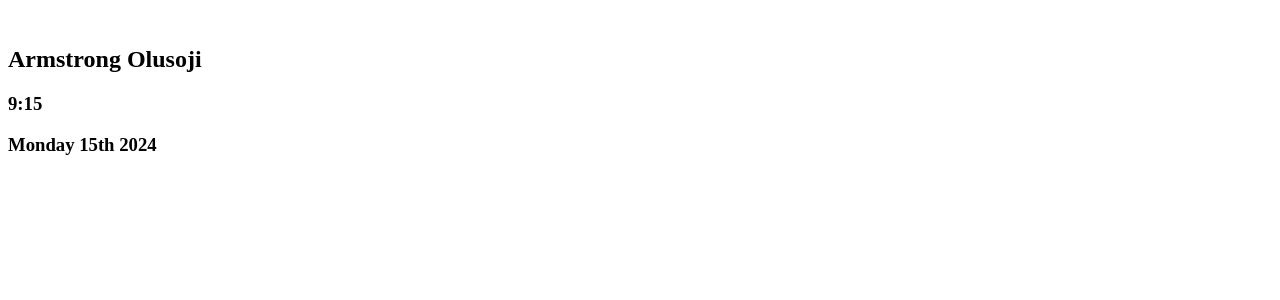
Repository: Armstrong2035/hng-project-one
Page: index.html
These files come from the project's save history. The page is drawn as it stood at one moment and after the next save; the edit follows.
The browser window is 1280 px wide. The pictures show the whole page.

Above is the page before, as saved 2024-07-01 13:41:24.

After the next save:
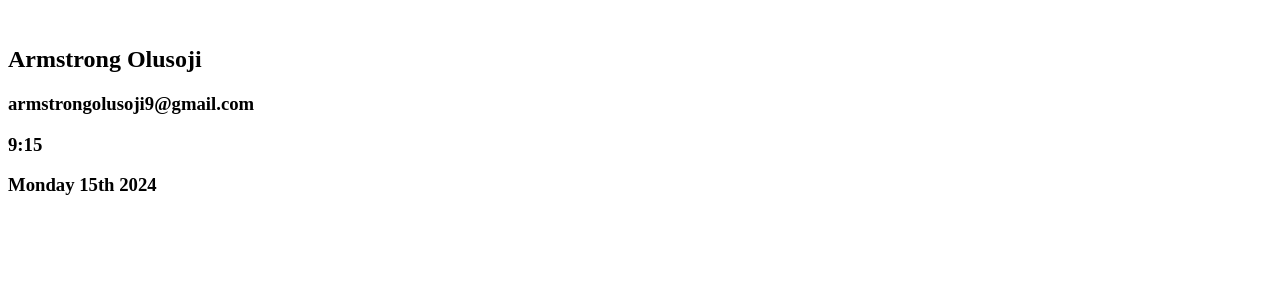
Saved 39 s later.
--- a/index.html
+++ b/index.html
@@ -13,6 +13,7 @@
       <section id="my-profile">
         <img />
         <h2>Armstrong Olusoji</h2>
+        <h3>armstrongolusoji9@gmail.com</h3>
         <h3>9:15</h3>
         <h3>Monday 15th 2024</h3>
       </section>
